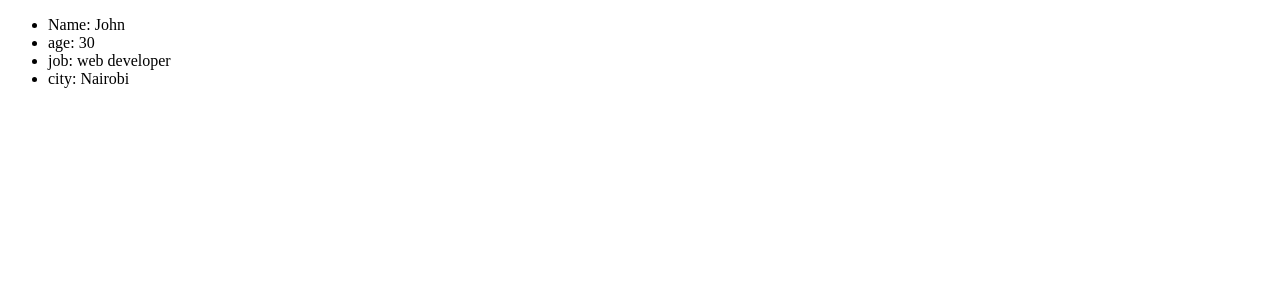
Repository: brianokanga/modern-javascript
Page: project/index.html
These files come from the project's save history. The page is drawn as it stood at one moment and after the next save; the edit follows.
The browser window is 1280 px wide. The pictures show the whole page.

Above is the page before, as saved 2020-03-29 00:36:47.

### project/index.html
<!DOCTYPE html>
<html lang="en">
<head>
    <meta charset="UTF-8">
    <meta name="viewport" content="width=device-width, initial-scale=1.0">
    <title>JavaScript section 2</title>
</head>
<body>
    <h1>JavaScript Sandbox section 2</h1>


    <!-- <script src="app.js"></script> -->
    <script src="app2.js"></script>

</body>
</html>

### project/app2.js
//TEMPLATE LITERALS
const name = 'John';
const age = 30;
const job = 'web developer';
const city = 'Nairobi';
let html;

//WITHOUT TEMPLATE LITERALS
html = '<ul>' +
        '<li>Name: ' + name + '</li>' +
        '<li>age: ' + age + '</li>' +
        '<li>job: ' + job + '</li>' +
        '<li>city: ' + city + '</li>'+
        '</ul';


//WITH TEMPLATE LITERAL(es6)
document.body.innerHTML = html;

After the next save:
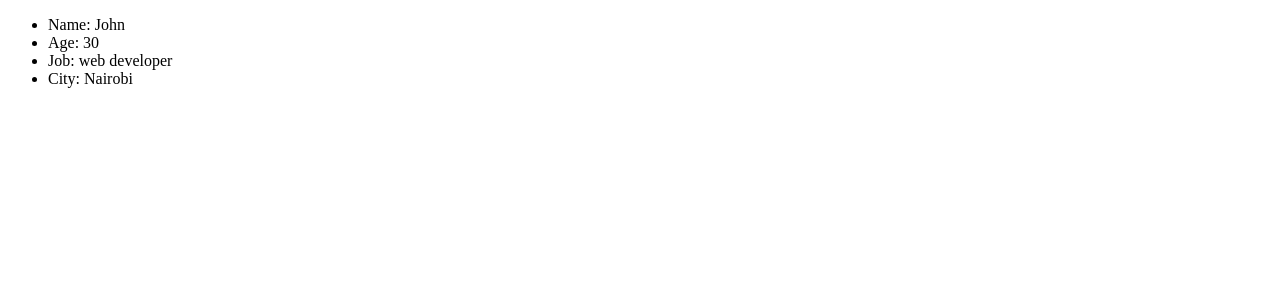
Saved 3 min 56 s later.
--- a/project/app2.js
+++ b/project/app2.js
@@ -15,4 +15,14 @@ html = '<ul>' +
 
 
 //WITH TEMPLATE LITERAL(es6)
+
+
+html = `
+    <ul>
+        <li>Name: ${name}</li>
+        <li>Age: ${age}</li>
+        <li>Job: ${job}</li>
+        <li>City: ${city}</li>
+    </ul>`;
+
 document.body.innerHTML = html;
